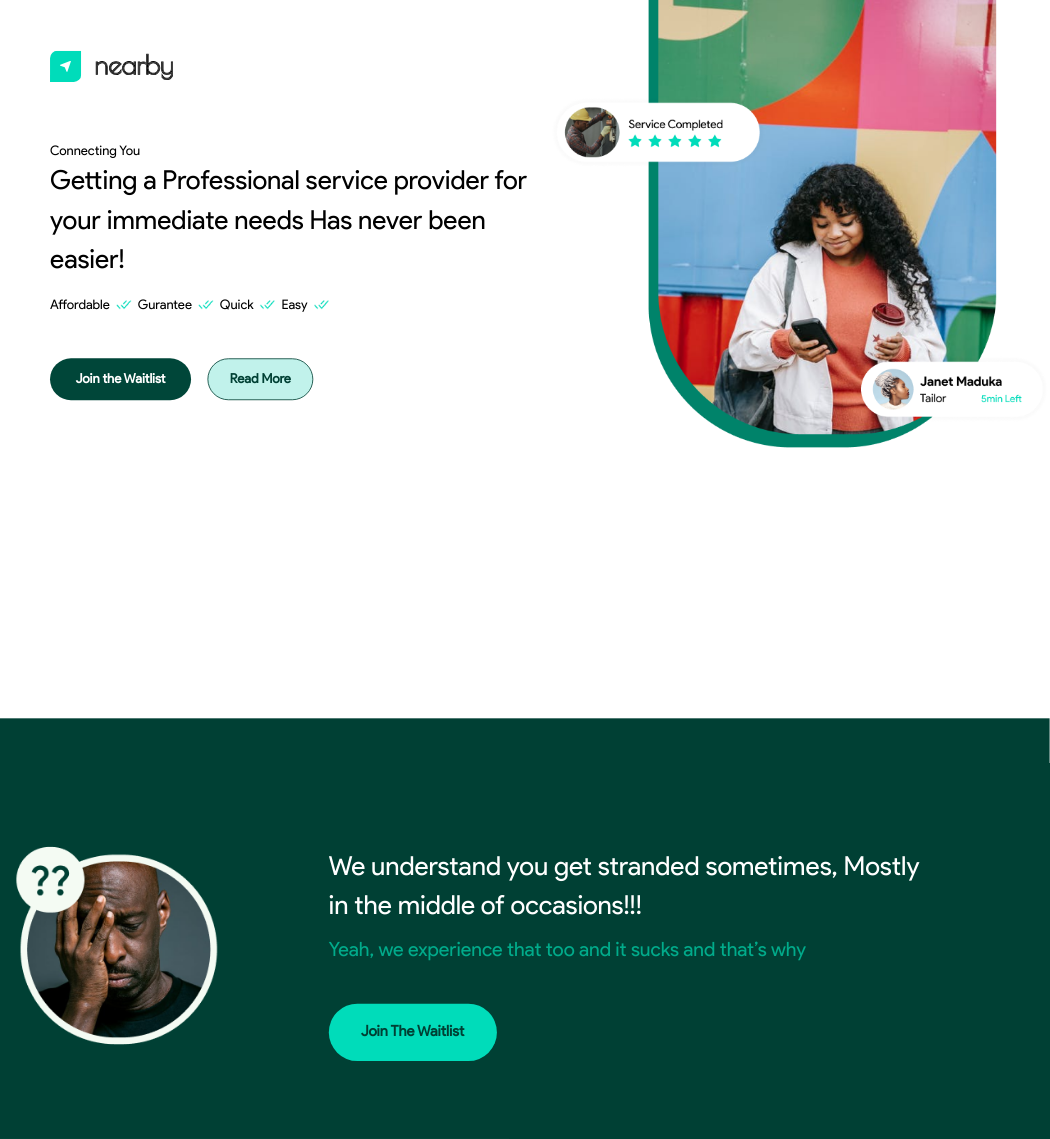
Repository: Eugene44-hub/Mearby
Page: /
An editor plug-in stored every save of this project. The page is shown before and after the next save, followed by the edit.
The browser window is 1280 px wide. The pictures show the whole page, at 82% of full size.
The project was rebuilt for these pictures with package versions that can differ from the ones it lists, and the page was loaded fresh each time.

Above is the page before, as saved 2022-04-30 07:24:49.

### src/App.tsx
import React from 'react';
import Hero from './components/hero/Hero';
import Nav from './components/nav/Nav';
import LandingPage from './pages/landing/LandingPage';

function App() {
  return (
   <>
<Nav/>
<LandingPage/>
</>

);
}

export default App;

### src/components/nav/Nav.tsx
import React from 'react';
import send from '../../assets/images/send.svg';
import nearby from '../../assets/images/nearby logo.svg';
import styles from "./Nav.module.css"
const Nav = () => {
	return (
		<nav className={`md:h-auto h-[96.57px] ${styles.nav} flex`}>
			<header className="m-auto block md:hidden">
				<div className="flex justify-center">
					<img
						src={send}
						className="bg-[#00DCBA] mr-[16.79px] p-3 rounded-tl-[8.91471px] rounded-br-[8.91471px]"
						alt="send"
					/>
					<img src={nearby} alt="send" />
				</div>
			</header>
		</nav>
	);
};

export default Nav;

### src/pages/landing/LandingPage.tsx
import React from 'react'
import Hero from '../../components/hero/Hero';
import Understand from '../../components/understand/Understand';
const LandingPage = () => {
  return (
    <>

    <Hero/>
    <Understand/>
    </>
  )
}

export default LandingPage

### src/components/nav/Nav.module.css
@media screen and (max-width:768px) {
    .nav{
/* display: none; */
/* bg-[#014034] */
background-color:#014034;
}
}

### src/components/hero/Hero.tsx
import React from 'react';
import styles from './Hero.module.css';
import checked from '../../assets/images/checked.png';
import heroImg from '../../assets/images/heroImg.png';
import send from '../../assets/images/send.svg';
import nearby from '../../assets/images/nearbyDark.svg';

const Hero = () => {
	const minorText: string[] = [ 'affordable', 'gurantee', 'quick', 'easy' ];
	return (
		<section className="container md:pl-[61px]">
			<div className={`${styles.container} md:flex justify-between`}>
				<div className={`${styles.heroContainer} mb-[3rem] flex flex-wrap md:w-[50%]`}>
					<div className="md:flex w-[20%] hidden mt-[62px] items-center">
						<img
							src={send}
							className="bg-[#00DCBA] w-[100%] mr-[16.79px] p-3 rounded-tl-[8.91471px] rounded-br-[8.91471px]"
							alt="send"
						/>
						<img src={nearby} alt="send" />
					</div>

					<div className="m-auto">
						<h2 className={` ${styles.connectHead} flex items-end md:h-[95.5px]`}>Connecting You</h2>
						<p className={`text-[2rem] ${styles.connectText}`}>
							Getting a Professional service provider for your immediate needs Has never been easier!
						</p>
					</div>

					<ul className={`${styles.connectList} mt-5 flex justify-between `}>
						{minorText.map((item, index) => (
							<li key={index} className="flex items-center capitalize mr-2">
								{item} <img src={checked} className="w-[18px] ml-2" alt="checked" />
							</li>
						))}
					</ul>

					<div className="w-[100%] md:pt-[53px] md:px-0 p-5">
						<button className="bg-[#004639] font-bold w-[172px] h-[51px] text-white mr-5 rounded-[50px]">
							Join the Waitlist
						</button>
						<button className="bg-[#C1F2EB] font-bold w-[129px] h-[51px] rounded-[50px] text-[#004034] border border-[#004034] capitalize">
							read more
						</button>
					</div>
				</div>
				<div className="md:w-[50%]">
					<img src={heroImg} className={styles.heroImg} alt="" />
				</div>
			</div>
		</section>
	);
};

export default Hero;
// wKcVoY0oBaK0dDUj5
// yX2Q8nskPsN4AjVkAPMBM

### src/components/understand/Understand.tsx
import React from 'react'
import understand from "../../assets/images/understand.png"
import WaitLight from "../../components/Buttons/WaitLight"
const Understand = () => {
  return (
    <div className='container pl-[]'>
 <div className='bg-[#004034] px-5 pt-[9.75rem] md:flex justify-center  relative mt-[20rem]'>

<img src={understand} className=" absolute block md:hidden translate-x-[-50%] left-[50%] top-[-20%]" alt="understand" />
<div className='md:block hidden mr-5'>
<img src={understand} className=" w-[100%]"alt="understand" />

</div>

<div className='md:w-[60%] mx-auto '>
<div>
<p className='text-[2rem] text-white'>
We understand you get stranded sometimes, Mostly in the middle of occasions!!!
</p>
<p className='mt-3 text-[1.5rem] text-[#01AB8B] '>
Yeah, we experience that too and it sucks and that’s why  </p>
</div>

<div className='pt-[3rem] pb-[5.938rem]'>
<WaitLight/>
</div>

</div>



  </div>
    </div>

  )
}

export default Understand

### src/components/hero/Hero.module.css
.container{
height: 812px;
background-image: url(../../assets/images/mobileHero.png);
background-repeat: no-repeat;
background-position: center;
background-size: 133% 100%;
}


.heroImg{
    display: none;
    width: 100%;
}
.heroContainer{
    /* background-color: black; */
    color: white;

}
.connectHead,.connectText,.connectList{
    padding: 20px;

}
@media screen and (min-width:600px) {
    .container{
    background-image:none;
    height: auto;
}
.connectHead{
    background-color: none;
}
.heroImg{
    display: block;
}
.connectHead{
    background-color: none;
}
.heroContainer{
    /* background-color: black; */
    color: black ;
}

}

@media screen and (min-width:768px) {
    .connectHead,.connectText,.connectList{
        padding: 0px;
    }

}


@media screen and (max-width:600px){
.connectHead{
    background-color: #004034;
}

}
/* .minorTxt{
} */
/* linear-gradient(rgba(0, 64, 52, 1), rgba(0, 57, 64, 0)) */
/* linear-gradient(rgba(0, 64, 52, 1),rgba(0, 64, 52, 1)) */

### src/components/Buttons/WaitLight.tsx
import React from 'react'
import styles from "./Button.module.css"

const Wait = () => {
  return (
    <button className={`${styles.light} capitalize`}>Join the waitlist</button>

  )
}

export default Wait

### src/components/Buttons/Button.module.css
    .light {
        background-color: #00DCBA;
        color: #004034;
        width: 205px;
        font-size: 1.125rem;
    }

    .dark {
        background-color: #004639;
        color: #004034;
        font-size: "1rem";
        width: 192px;
    }

    .light,
    .dark {
        height: 70px;
        border-radius: 50px;
        font-weight: bold;
    }

Loaded but not shown: public/index.html (common file); src/index.tsx (common file); src/index.css (common file); tailwind.config.js (common file)

After the next save:
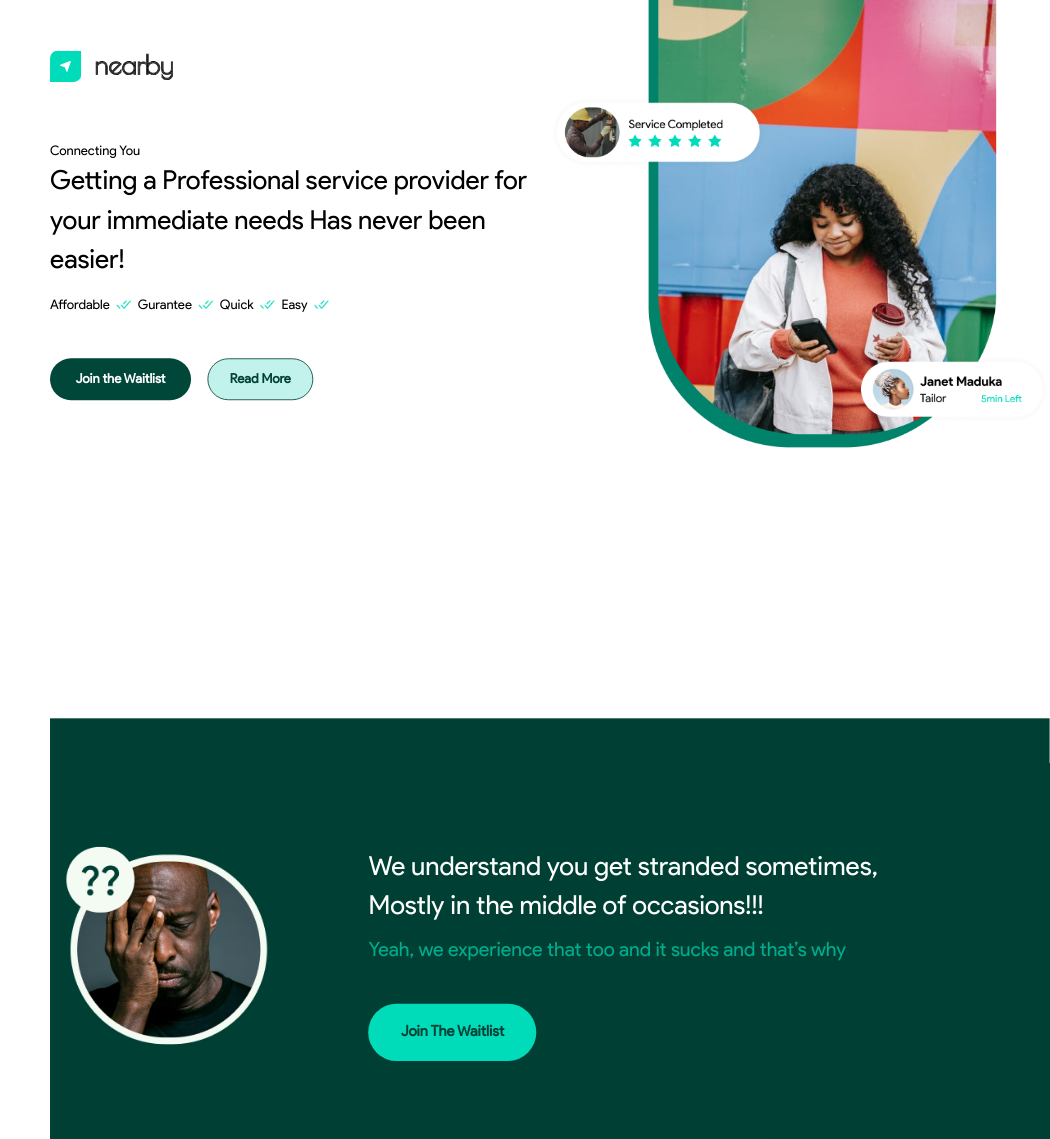
Saved 4 s later.
--- a/src/components/understand/Understand.tsx
+++ b/src/components/understand/Understand.tsx
@@ -3,7 +3,7 @@ import understand from "../../assets/images/understand.png"
 import WaitLight from "../../components/Buttons/WaitLight"
 const Understand = () => {
   return (
-    <div className='container pl-[]'>
+    <div className='container pl-[61px]'>
  <div className='bg-[#004034] px-5 pt-[9.75rem] md:flex justify-center  relative mt-[20rem]'>
 
 <img src={understand} className=" absolute block md:hidden translate-x-[-50%] left-[50%] top-[-20%]" alt="understand" />
